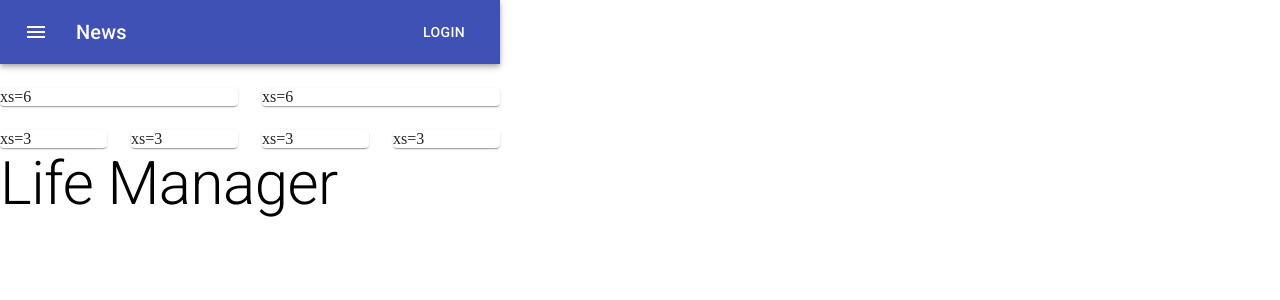
Repository: DaNiels89/lifemanagerreact
Page: /food
The author's editor kept a copy of each file at every save. The page is drawn from the files as they stood at one save, then again after the next save.
The browser window is 1280 px wide. The pictures show the whole page.
The project was rebuilt for these pictures with package versions that can differ from the ones it lists, and the page was loaded fresh each time.

Above is the page before, as saved 2020-03-13 13:55:01.

After the next save:
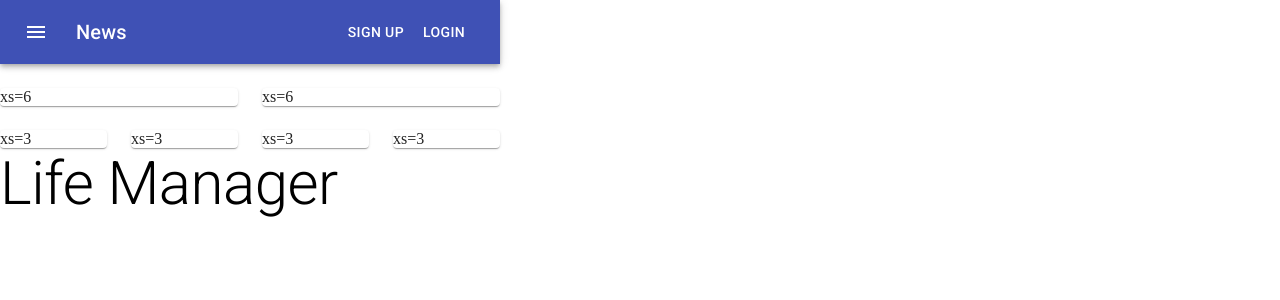
Saved 24 min 56 s later.
--- a/src/components/layout/Header.js
+++ b/src/components/layout/Header.js
@@ -37,6 +37,7 @@ export default function Header() {
           <Typography variant="h6" className={classes.title}>
             News
           </Typography>
+          <Button color="inherit">Sign up</Button>
           <Button color="inherit">Login</Button>
         </Toolbar>
       </AppBar>
